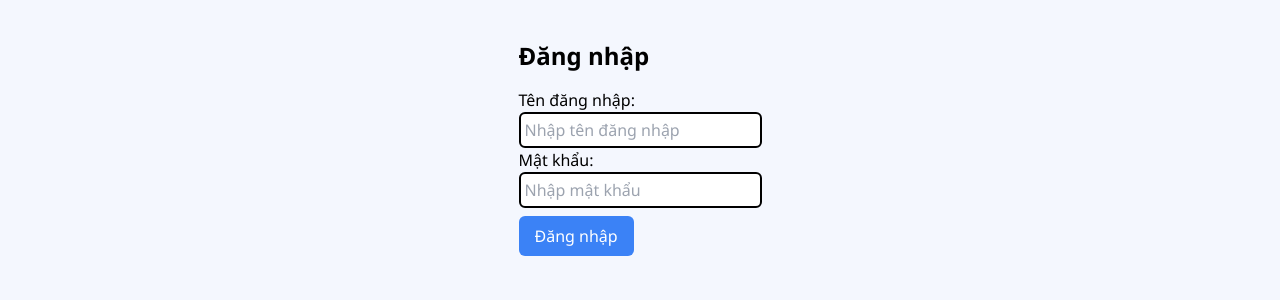
Repository: phuc258/BTVN03-REACT03
Page: /
An editor plug-in stored every save of this project. The page is shown before and after the next save, followed by the edit.
The browser window is 1280 px wide. The pictures show the whole page.
The project was rebuilt for these pictures with package versions that can differ from the ones it lists, and the page was loaded fresh each time. Also part of the build but not shown: vite.config.ts, src/pages/NotFoundPage.tsx, src/pages/TodoPage.tsx, src/routes/PrivateRoute.tsx.

Above is the page before, as saved 2026-01-18 23:44:17.

### index.html
<!doctype html>
<html lang="en">
  <head>
    <meta charset="UTF-8" />
    <link rel="icon" type="image/svg+xml" href="/vite.svg" />
    <meta name="viewport" content="width=device-width, initial-scale=1.0" />
    <title>btvn03-react-typescript</title>
  </head>
  <body>
    <div id="root"></div>
    <script type="module" src="/src/main.tsx"></script>
  </body>
</html>

### src/App.css
@tailwind base;
@tailwind components;
@tailwind utilities;

* {
    margin: 0;
    padding: 0;
    box-sizing: border-box;
}

body {
    font-family: 'Segoe UI', Helvetica, Arial, sans-serif;
    background-color: #f4f7fe;
    display: flex;
    justify-content: center;
    align-items: flex-start;
    min-height: 100vh;
    padding: 40px 20px;
}

.card {
    background: white;
    width: 100%;
    max-width: 400px;
    padding: 2rem;
    border-radius: 12px;
    box-shadow: 0 10px 25px rgba(0, 0, 0, 0.1);
}

.title {
    text-align: center;
    color: #2A8C43;
    margin-bottom: 1.5rem;
    font-size: 24px;
}

.search-container {
    display: flex;
    gap: 8px;
    margin-bottom: 20px;
}

.input-wrapper {
    position: relative;
    flex: 1;
}

.clear-btn {
    position: absolute;
    right: 10px;
    top: 50%;
    transform: translateY(-50%);
    background: none;
    border: none;
    color: #999;
    font-size: 18px;
    cursor: pointer;
    padding: 5px;
    line-height: 1;
}

.clear-btn:hover {
    color: #666;
}

.input-search {
    width: 100%;
    padding: 12px 35px 12px 12px;
    border-radius: 8px;
    border: 1px solid #ddd;
    outline: none;
}

.search-container {
    display: flex;
    gap: 8px;
    margin-bottom: 20px;
}

.search-btn {
    padding: 0 16px;
    background-color: #2A8C43;
    color: white;
    border: none;
    border-radius: 8px;
    font-weight: bold;
    cursor: pointer;
}

.todo-list {
    list-style: none;
}

.todo-item {
    display: flex;
    align-items: center;
    gap: 12px;
    padding: 12px 0;
    border-bottom: 1px solid #eee;
}

.todo-item input[type="checkbox"] {
    width: 18px;
    height: 18px;
    cursor: pointer;
    accent-color: #2A8C43;
}

.todo-item span {
    font-size: 16px;
    color: #333;
    cursor: pointer;
}

.todo-item span.done {
    text-decoration: line-through;
    color: #a0aec0;
}

### src/App.tsx
import "./App.css";
import { TodoProvider } from "./context/TodoContext";
import MainRoute from "./routes/MainRoute";

function App() {
  return (
    <TodoProvider>
      <MainRoute />
    </TodoProvider>
  );
}

export default App;

### src/context/TodoContext.tsx
import { createContext, useContext, useState, type ReactNode } from "react";
import type { TodoContextType } from "../interfaces/ITodoContextType";
import type { Todo } from "../interfaces/ITodo";

export const TodoContext = createContext<TodoContextType | undefined>(undefined);

// TodoProvider
export function TodoProvider({ children }: { children: ReactNode }) {
    const initialData: Todo[] = [
        { "name": "Xem phim", "status": false, "id": "1" },
        { "name": "Ngủ sớm", "status": false, "id": "2" },
        { "name": "Học tiếng Anh", "status": false, "id": "3" },
        { "name": "Check mail công việc", "status": false, "id": "4" }
    ];

    const [todos, setTodos] = useState<Todo[]>(initialData);
    const [searchItem, setSearchItem] = useState("");

    const handleToggle = (id: string) => {
        setTodos(prev => prev.map(
            t => t.id === id ? { ...t, status: !t.status } : t
        ))
    }

    return (
        <TodoContext.Provider value={{ todos, searchItem, setSearchItem, handleToggle }}>
            {children}
        </TodoContext.Provider>
    )
}

export const useTodo = () => {
    const context = useContext(TodoContext);
    if (!context)
        throw new Error("useTodo phải nằm trong TodoProvider");
    return context;
}

### src/routes/MainRoute.tsx
import { BrowserRouter, Routes, Route, Navigate } from "react-router-dom";
import React from "react";

import NotFoundPage from "../pages/NotFoundPage";
import TodoPage from "../pages/TodoPage";
import LoginPage from "../pages/LoginPage";
import PrivateRoute from "./PrivateRoute";

const MainRoute: React.FC = () => {
    return (
        <BrowserRouter>
            <Routes>
                <Route element={<PrivateRoute />}>
                    <Route path="/todo" element={<TodoPage />} />
                </Route>
                <Route path="/login" element={<LoginPage />} />
                <Route path="/" element={<Navigate to="/login" replace />} />
                <Route path="*" element={<NotFoundPage />} />
            </Routes>
        </BrowserRouter>
    );
};

export default MainRoute;

### src/pages/LoginPage.tsx
import React, { useState } from "react";
import { useNavigate } from "react-router-dom";

const LoginPage: React.FC = () => {
    const [username, setUsername] = useState("");
    const [password, setPassword] = useState("");
    const [error, setError] = useState("");
    const navigate = useNavigate();

    const handleSubmit = (e: React.FormEvent) => {
        e.preventDefault();

        if (username === "admin" && password === "1") {
            localStorage.setItem("isLoggedIn", "true");
            navigate("/todo");
        } else {
            setError("Tên đăng nhập hoặc mật khẩu không đúng!");
        }
    };

    return (
        <div className="">
            <h1 className="text-2xl font-bold mb-4">Đăng nhập</h1>
            <form onSubmit={handleSubmit}>
                <div>
                    <label>Tên đăng nhập:</label><br></br>
                    <input
                        className="border-black border-2 rounded-md p-1"
                        type="text"
                        placeholder="Nhập tên đăng nhập"
                        value={username}
                        onChange={(e) => setUsername(e.target.value)}
                    />
                </div>
                <div>
                    <label>Mật khẩu:</label><br></br>
                    <input
                        className="border-black border-2 rounded-md p-1"
                        type="password"
                        placeholder="Nhập mật khẩu"
                        value={password}
                        onChange={(e) => setPassword(e.target.value)}
                    />
                </div>
                {error && <p className="text-red-500">{error}</p>}
                <button className="bg-blue-500 text-white rounded-md px-4 py-2 mt-2" type="submit">Đăng nhập</button>
            </form>
        </div>
    );
};

export default LoginPage;

Loaded but not shown: src/main.tsx (common file); tailwind.config.js (common file)

After the next save:
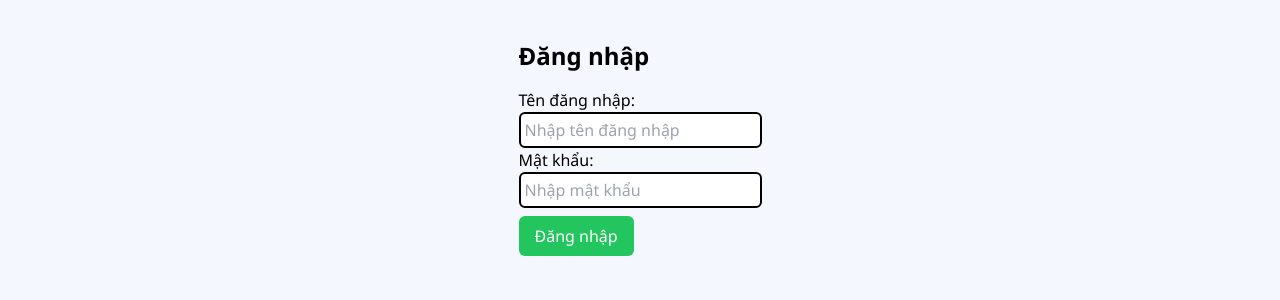
Saved 9 s later.
--- a/src/pages/LoginPage.tsx
+++ b/src/pages/LoginPage.tsx
@@ -43,7 +43,7 @@ const LoginPage: React.FC = () => {
                     />
                 </div>
                 {error && <p className="text-red-500">{error}</p>}
-                <button className="bg-blue-500 text-white rounded-md px-4 py-2 mt-2" type="submit">Đăng nhập</button>
+                <button className="bg-green-500 text-white rounded-md px-4 py-2 mt-2" type="submit">Đăng nhập</button>
             </form>
         </div>
     );
